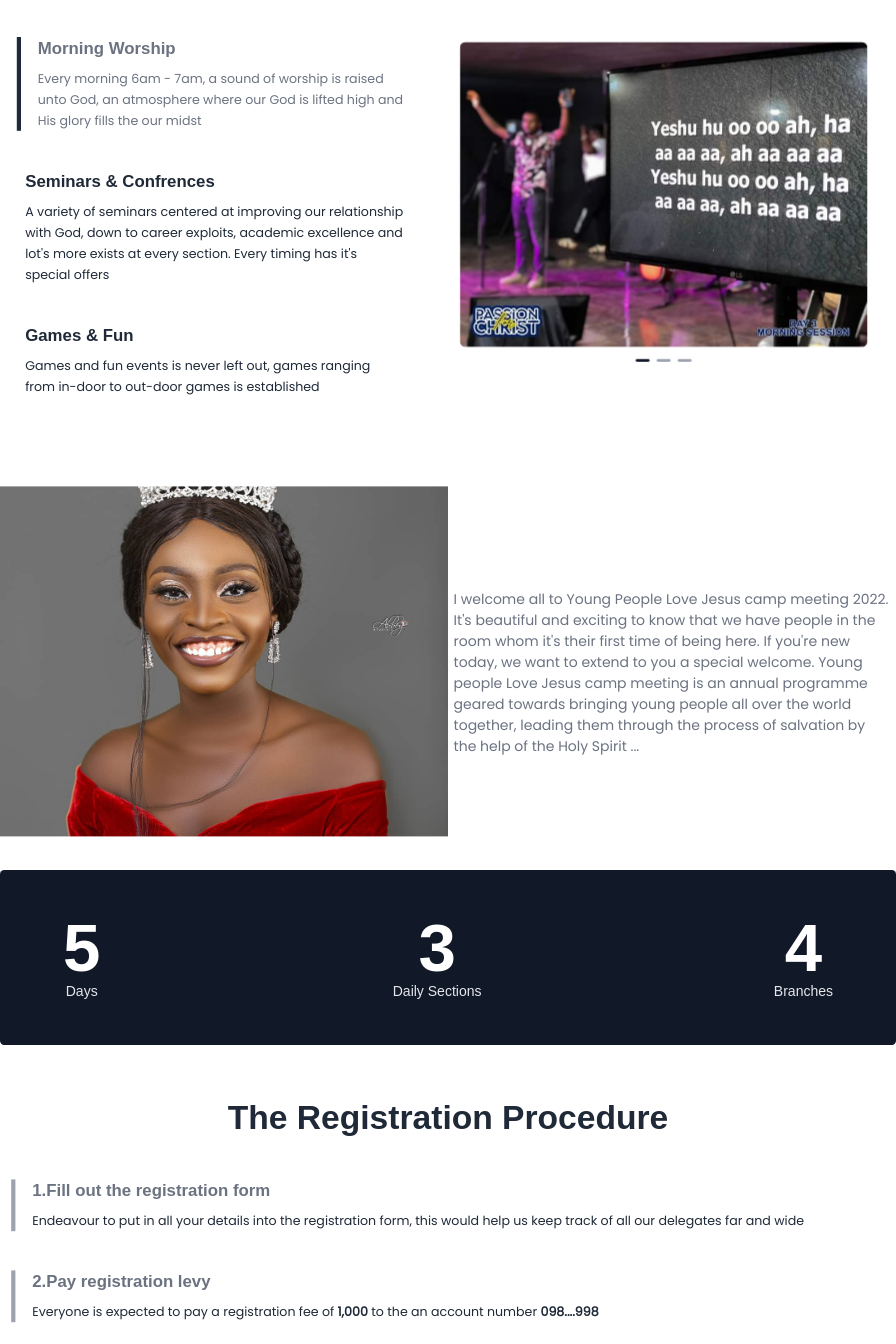
Repository: Ifenna-Pascal/user-camp-onboarding
Page: /
An editor plug-in stored every save of this project. The page is shown before and after the next save, followed by the edit.
The browser window is 1280 px wide. The pictures show the part of the page from y = 1447 to 3367 px (the page is 4228 px tall), at 70% of full size.
Some web fonts or font styles are not loaded; a fallback is used. The project was rebuilt for these pictures with package versions that can differ from the ones it lists, and the page was loaded fresh each time. The framework's server and built-in components were replaced by stand-ins that run in the browser. Also part of the build but not shown: next.config.js, styles/Home.module.css.

Above is the page before, as saved 2022-11-26 11:14:41.

### pages/_app.js
import Mainlayout from "../components/layout";
import "../styles/globals.css";
import "remixicon/fonts/remixicon.css";

function MyApp({ Component, pageProps }) {
  return (
    <Mainlayout>
      <Component {...pageProps} />
    </Mainlayout>
  );
}

export default MyApp;

### components/layout/index.jsx
import React from "react";
import Footer from "./Footer";
import Nav from "./Nav";

function Mainlayout({ children }) {
  return (
    <div className="relative">
      <Nav />
      <main>{children}</main>
      <Footer />
    </div>
  );
}

export default Mainlayout;

### styles/globals.css
@import url('https://fonts.googleapis.com/css2?family=Poppins&family=Sono:wght@400;500&display=swap');
@import url('https://fonts.googleapis.com/css2?family=Montserrat&family=Source+Sans+Pro&display=swap');

* {
  padding: 0;
  margin: 0;
  box-sizing: border-box;
  scroll-behavior: smooth;
}

html,
body {
  padding: 0;
  margin: 0;
  font-family: -apple-system, BlinkMacSystemFont, Segoe UI, Roboto, Oxygen,
    Ubuntu, Cantarell, Fira Sans, Droid Sans, Helvetica Neue, sans-serif;
}

a {
  color: inherit;
  text-decoration: none;
}

* {
  box-sizing: border-box;
}

@media (prefers-color-scheme: dark) {
  html {
    color-scheme: dark;
  }
  body {
    color: white;
    background: black;
  }
}

@tailwind base;
@tailwind components;
@tailwind utilities;

### components/layout/Footer.jsx
import React from "react";

function Footer() {
  return (
    <div className="bg-gray-900 w-full h-[70px]  flex items-center justify-center">
      <p className="text-center flex items-center text-white font-sono text-xl">
        {" "}
        <span className="text-4xl mr-2">&copy;</span> YPLJ Camp Meeting 2022{" "}
      </p>
    </div>
  );
}

export default Footer;

### components/layout/Nav.jsx
import Link from "next/link";
import { useRouter } from "next/router";
import React, { useState } from "react";
import Button from "../general/Button";
import NavLink from "../general/NavLink";

function Nav() {
  const [show, setShow] = useState(false);
  const router = useRouter();
  const toggle = () => {
    setShow(!show);
  };
  return (
    <div className="lg:sticky  top-0 w-full shadow-sm mb-4 z-50 px-6 lg:px-0 bg-white">
      <nav className="w-full lg:py-6 py-5 flex items-center  lg:max-w-[1450px] lg:mx-auto justify-between">
        <Link href="/">
          {" "}
          <h1 className="font-sono text-2xl lg:text-4xl ">YEMs</h1>
        </Link>
        <ul className="lg:flex items-center hidden justify-between">
          <NavLink href="/#home" name="About Us" />
          <NavLink href="/#process" name="Process" />
          <NavLink href="/#reviews" name="Reviews" />
          <Link href="/register">
            <Button text="Register" />
          </Link>
        </ul>
        <button
          className='block md:hidden className="w-full px-2 py-1 rounded-lg text-AP-grey-200 hover:text-AP-blue-200 border-AP-grey-200 hover:border-AP-blue-400'
          onClick={toggle}
        >
          <i
            className={`${
              !show ? "ri-menu-3-fill duration-500" : "ri-close-line"
            } text-2xl text-gray-800`}
          />
        </button>
      </nav>
      <div
        className={`flex lg:hidden ${
          show
            ? "flex duration-500  flex-col items-center space-y-8 pt-2 "
            : "hidden"
        }`}
      >
        <NavLink href="/#home" name="About Us" />
        <NavLink href="/#process" name="Process" />
        <NavLink href="/#reviews" name="Reviews" />
        {router.pathname !== "/register" && (
          <Link href="/register">
            <Button text="Register" onClick={() => setShow(false)} />
          </Link>
        )}
      </div>
    </div>
  );
}

export default Nav;

### components/sections/Hero.jsx
import Link from "next/link";
import React from "react";
import Button from "../general/Button";
import HeroRight from "../general/HeroRight";

function Hero() {
  return (
    <div
      id="home"
      className="lg:h-[90vh] min-h-screen  grid grid-cols-1 lg:grid-cols-2"
    >
      <div className="w-full flex py-6 lg:py-0  lg:-mt-8 lg:items-start items-center flex-col justify-center h-full">
        <h1 className="text-3xl lg:text-6xl text-gray-800 text-center lg:text-left leading-[50px] lg:leading-[75px] font-semibold font-sono">
          Raising Agents Of Transformation
        </h1>

        <p className="text-lg lg:max-w-[600px] text-gray-700 py-2 text-center lg:text-left leading-[35px] lg:leading-[30px] font-poppins px-4 lg:px-0 lg:pr-[50px]">
          In the last days, says the Lord, I will pour out my spirit upon all
          flesh, and your <b>sons and daughters</b> shall prophesy, your old men
          shall dream dreams, shall see visions. <strong>Joel 2:28</strong>
        </p>
        <div className="mt-4">
          <Link href={"/register"}>
            {" "}
            <Button text={"Join Us"} />
          </Link>
        </div>
      </div>
      <div className="lg:p-4 w-[97%]   h-full mx-auto lg:w-full">
        {" "}
        <HeroRight />{" "}
      </div>
    </div>
  );
}

export default Hero;

### components/sections/Numerics.jsx
import React from "react";
import CountUp from "react-countup";
function Numerics() {
  return (
    <div className="bg-gray-900 rounded-md px-3 lg:px-0 flex lg:flex-row flex-col justify-center my-12 min-h-[600px] lg:min-h-[250px] w-full">
      <div className="lg:max-w-[1100px] flex lg:flex-row flex-col lg:items-center w-full justify-between mx-auto">
        <Numeric figure={5} text="Days" />
        <Numeric figure={3} text="Daily Sections" />
        <Numeric figure={4} text="Branches" />
      </div>
    </div>
  );
}

export default Numerics;

const Numeric = ({ figure, text }) => (
  <div className="flex flex-col cursor-pointer mb-12 lg:mb-0 items-center">
    <h1 className="text-white hover:scale-[1.3] hover:mb-2 duration-500 font-sono font-semibold text-8xl">
      <CountUp
        end={figure}
        duration={2.75}
        useEasing
        enableScrollSpy
        scrollSpyDelay={1}
      />
    </h1>
    <p className="text-center font-sono text-xl text-gray-200">{text}</p>
  </div>
);

### components/sections/Reviews.jsx
import React from "react";
import Header from "../general/Header";
import ReviewCarousel from "../general/ReviewCarousel";

function Reviews() {
  return (
    <div className="mb-24" id="reviews">
      <Header
        header={"What The People Say..."}
        // content="Lorem ipsum dolor sit amet consectetur adipisicing elit. Culpa saepe iusto nisi! Nostrum tempore consequatur rerum! Cumque sequi tenetur ea! Impedit delectus facere est cupiditate, voluptatibus adipisci ipsum consectetur beatae."
      />
      <ReviewCarousel />
    </div>
  );
}

export default Reviews;

### components/sections/Speech.jsx
/* eslint-disable @next/next/no-img-element */
import React, { useState } from "react";

function Speech() {
  const [show, setShow] = useState(false);
  let p = `  I welcome all to Young People Love Jesus camp meeting 2022. It's
    beautiful and exciting to know that we have people in the room whom
    it's their first time of being here. If you're new today, we want to
    extend to you a special welcome. Young people Love Jesus camp meeting
    is an annual programme geared towards bringing young people all over
    the world together, leading them through the process of salvation by
    the help of the Holy Spirit (for those who haven't experienced this),
    passing them through teachings and training made to equip them for the
    days ahead, and helping them through Christ fulfill their purposes.
    The theme for this year - Agents of Transformation - has kept me
    bubbling with excitement and earnest expectation as to what this
    year's camp meeting holds for us and I can't wait to take hold of the
    prophesies and words from God for me and I hope it's same with you?
    The Lord is about to take us to a new level, are you ready for it?
    Like our Daddy, Apostle Uche S. Nick would say, With Jesus joy in my
    heart,I say once again, you're welcome!`;
  return (
    <div className="grid grid-cols-1 lg:grid-cols-2 pt-12 items-center justify-center ">
      <div className="w-full -mt-8  h-[500px]">
        <img
          src="/assets/miss.jpg"
          alt="campFlyer"
          className="w-full h-full object-center object-cover"
        />
      </div>
      <div>
        <p className="text-left block text-xl font-poppins  leading-[30px] text-gray-500 py-4 px-2">
          {p.substring(0, 464)} ...
        </p>
      </div>
    </div>
  );
}

export default Speech;

### components/sections/Steps.jsx
import React from "react";
import Header from "../general/Header";

const Payment = () => (
  <p>
    Everyone is expected to pay a registration fee of <strong>1,000</strong> to
    the an account number <strong>098....998</strong>
  </p>
);

function Steps() {
  return (
    <div className="flex items-start my-6 mx-4 flex-col">
      <Header header="The Registration Procedure " />
      <StepProcess
        header="1.Fill out the registration form"
        content="Endeavour to put in all your details into the registration form, this would help us keep track of all our delegates far and wide"
      />
      <StepProcess header="2.Pay registration levy" content=<Payment /> />
      <StepProcess
        header="3.Send out proof of payment"
        content={`Send proof of payment to the specified whatsApp contact `}
      />{" "}
    </div>
  );
}

export default Steps;

const StepProcess = ({ header, content }) => {
  return (
    <div
      className={`
        border-l-[6px] block pl-6
      mb-14 duration-500 border-gray-400 lg:pr-16`}
    >
      <h1
        className={`font-sono mb-3
          text-gray-500
        text-2xl block font-semibold`}
      >
        {header}
      </h1>
      <p
        className={`block text-lg font-poppins  leading-[30px]
           text-gray-800
        `}
      >
        {content}
      </p>
    </div>
  );
};

### components/general/Button.jsx
import React from "react";

function Button({ text, ...rest }) {
  return (
    <button
      className="bg-gray-800 px-12 py-3 hover:bg-white hover:text-black hover:border hover:border-black duration-500 hover:ease-in-out text-white font-sono text-xl"
      {...rest}
    >
      {text}
    </button>
  );
}

export default Button;

### components/general/NavLink.jsx
import Link from "next/link";
import React from "react";

function NavLink({ href, name }) {
  return (
    <Link href={href}>
      <span className="text-black px-4 text-xl font-sono mr-6 font-500">
        {name}
      </span>
    </Link>
  );
}

export default NavLink;

### components/general/HeroRight.jsx
/* eslint-disable @next/next/no-img-element */
import React from "react";

function HeroRight() {
  return (
    <div className="grid grid-cols-3 lg:px-8   mt-8 lg:my-0 pr-0  max-h-[700px] w-full gap-2 grid-rows-6">
      <div class="w-full row-start-1 row-span-3">
        <img
          src="/assets/camping20.jpg"
          alt="Photo by Claudio Schwarz on Unsplash"
          class="inset-0 h-full w-full object-cover object-center  rounded-lg  "
        />
      </div>
      <div class="w-full row-start-4  col-span-1 col-start-1 row-end-6">
        <img
          src="/assets/camp5.jpg"
          alt="Photo by Claudio Schwarz on Unsplash"
          class="inset-0 h-full w-full object-cover object-center  rounded-lg  "
        />
      </div>
      {/* <div className="grid  gap-y-4 h-full w-full h-full row-span-5  col-span-1"> */}
      <div className="row-start-1  w-full row-span-1 col-start-2 col-span-1">
        {/* <ImageBox color="bg-red-400" /> */}
        <img
          src="/assets/camp6.jpg"
          alt="Photo by Claudio Schwarz on Unsplash"
          class="inset-0 h-full w-full object-cover object-center  rounded-lg  "
        />
      </div>
      <div className="row-start-2 row-span-3  w-full col-start-2 col-span-1">
        <img
          src="/assets/camp13.jpg"
          alt="Photo by Claudio Schwarz on Unsplash"
          class="inset-0 h-full w-full object-cover object-center  rounded-lg  "
        />
      </div>
      <div className="row-start-5  w-full  row-span-1 col-start-2 col-span-1">
        <img
          src="/assets/camp3.jpg"
          alt="Photo by Claudio Schwarz on Unsplash"
          class="inset-0 h-full w-full object-cover object-center  rounded-lg  "
        />
      </div>
      <div className="col-start-3  row-span-2">
        <img
          src={"/assets/camp11.jpg"}
          alt="Photo by Claudio Schwarz on Unsplash"
          class="inset-0 h-full w-full object-cover object-center bg-center  rounded-lg  "
        />
      </div>
      <div className="col-start-3  row-start-3 row-span-3">
        <img
          src={"/assets/camp10.jpg"}
          alt="Photo by Claudio Schwarz on Unsplash"
          class="inset-0 h-full w-full object-cover object-center bg-center  rounded-lg  "
        />
      </div>
    </div>
  );
}

export default HeroRight;

const ImageBox = ({ color }) => {
  return (
    <div className={`w-full h-full bg-red  rounded-lg-lg ${color}`}>
      <img
        src="https://images.unsplash.com/photo-1539183204366-63a0589187ab?ixlib=rb-4.0.3&ixid=MnwxMjA3fDB8MHxzZWFyY2h8MTh8fGNhbXBpbmd8ZW58MHx8MHx8&auto=format&fit=crop&w=600&q=60"
        alt="image"
        className=" rounded-lg-lg"
      />
    </div>
  );
};

### components/general/Carousel.jsx
/* eslint-disable jsx-a11y/alt-text */
/* eslint-disable @next/next/no-img-element */
import Slider from "react-slick";
import "slick-carousel/slick/slick.css";
import "slick-carousel/slick/slick-theme.css";
import useSetting from "../hooks/useSetting";

const Carousel = ({ setCurrent, current }) => {
  const { settings } = useSetting(current, setCurrent);
  const images = ["/assets/camp7.jpg", "/assets/camp4.jpg", "/assets/camp.jpg"];
  return (
    <div>
      <Slider {...settings}>
        {images.map((image, i) => (
          <div key={i} className={` h-full w-full`}>
            <img
              src={image}
              className={`object-cover  object-center rounded-lg w-full  h-[50%] `}
            />
          </div>
        ))}
      </Slider>
    </div>
  );
};

export default Carousel;

### components/general/Header.jsx
import React from "react";

function Header({ header, content }) {
  return (
    <div className="flex flex-col px-2 lg:px-0 lg:max-w-[1000px] mx-auto items-center justify-center py-6 lg:py-8">
      <h1 className="text-gray-800 text-center lg:text-left text-2xl lg:text-5xl font-semibold font-sono block ">
        {header}
      </h1>
      <p className="block text-base  lg:text-lg text-center font-poppins text-gray-800 leading-[30px] py-2 lg:py-4">
        {content}
      </p>
    </div>
  );
}

export default Header;

### components/general/ReviewCarousel.jsx
/* eslint-disable jsx-a11y/alt-text */
/* eslint-disable @next/next/no-img-element */
import Slider from "react-slick";
import "slick-carousel/slick/slick.css";
import "slick-carousel/slick/slick-theme.css";
import { useState } from "react";
// import useDeviceSize from "../hooks/mediaHook";
import ReviewCard from "./ReviewCard";

const ReviewCarousel = () => {
  //   const [width] = useDeviceSize();
  const [current, setCurrent] = useState(false);
  const settings = {
    className: "center",
    autoplay: true,
    infinite: true,
    slidesToShow: 2,
    arrows: false,
    slideToScrool: 2,
    lazyLoad: true,
    focusOnSelect: true,
    draggable: true,
    dots: true,
    autoplaySpeed: 5000,
    speed: 2000,
    afterChange: (current) => setCurrent(current),
    customPaging: (i) => (
      <div
        className={`w-[25px]  mt-8 h-[4px] rounded-[10px] ${
          current === i ? "bg-black" : "bg-gray-300"
        }`}
      ></div>
    ),
    responsive: [
      {
        breakpoint: 450,
        settings: {
          autoplay: true,
          centerMode: false,
          //   vertical: true,
          infinite: true,
          //   centerPadding: "60px",
          slidesToShow: 1,
          slideToScroll: 1,
          arrows: false,
          draggable: true,
          dots: true,
          autoplaySped: 1000,
          speed: 500,
          beforeChange: (current) => setCurrent(current),
          customPaging: (i) => (
            <div
              className={`w-[20px]  mt-4 h-[4px] rounded-[10px] ${
                current === i ? "bg-gray-900" : "bg-gray-400"
              }`}
            ></div>
          ),
        },
      },
    ],
  };

  return (
    <div className="max-w-[1100px] mx-auto">
      <Slider {...settings}>
        <ReviewCard
          name="PSt Godswill"
          role="Enugu Branch"
          src={
            "https://images.unsplash.com/photo-1506794778202-cad84cf45f1d?ixlib=rb-4.0.3&ixid=MnwxMjA3fDB8MHxzZWFyY2h8M3x8bWVufGVufDB8fDB8fA%3D%3D&auto=format&fit=crop&w=600&q=60"
          }
        />
        <ReviewCard
          name={"Chidera Ede"}
          role="Lagos Branch"
          src="https://images.unsplash.com/photo-1595152452543-e5fc28ebc2b8?ixlib=rb-4.0.3&ixid=MnwxMjA3fDB8MHxzZWFyY2h8Mnx8bWVuJTIwcG9ydHJhaXR8ZW58MHx8MHx8&auto=format&fit=crop&w=600&q=60"
        />
        <ReviewCard
          name="PSt Godswill"
          role="Enugu Branch"
          src="https://images.unsplash.com/photo-1560250097-0b93528c311a?ixlib=rb-4.0.3&ixid=MnwxMjA3fDB8MHxwaG90by1wYWdlfHx8fGVufDB8fHx8&auto=format&fit=crop&w=387&q=80"
        />
        <ReviewCard
          name={"Chidera Ede"}
          role="Lagos Branch"
          src={
            "https://images.unsplash.com/photo-1624395213043-fa2e123b2656?ixlib=rb-4.0.3&ixid=MnwxMjA3fDB8MHxzZWFyY2h8OXx8bWVuJTIwcG9ydHJhaXR8ZW58MHx8MHx8&auto=format&fit=crop&w=600&q=60"
          }
        />
      </Slider>
    </div>
  );
};

export default ReviewCarousel;

### components/hooks/useSetting.jsx
import React from "react";

function useSetting(current, setCurrent) {
  const settings = {
    className: "center",
    autoplay: true,
    // centerMode: true,
    infinite: true,
    // centerPadding: "60px",
    slidesToShow: 1,
    arrows: false,
    slideToScrool: 1,
    lazyLoad: true,
    vertical: true,
    focusOnSelect: true,
    draggable: true,
    dots: true,
    autoplaySpeed: 5000,
    speed: 2000,
    beforeChange: (current) => setCurrent(current),
    customPaging: (i) => (
      <div
        className={`w-[20px]  mt-4 h-[4px] rounded-[10px] ${
          current === i ? "bg-gray-900" : "bg-gray-400"
        }`}
      ></div>
    ),
    responsive: [
      {
        breakpoint: 450,
        settings: {
          autoplay: true,
          centerMode: false,
          vertical: true,
          infinite: true,
          slidesToShow: 1,
          slideToScroll: 1,
          arrows: false,
          draggable: true,
          dots: true,
          autoplaySpeed: 5000,
          speed: 2000,
          beforeChange: (current) => setCurrent(current),
          customPaging: (i) => (
            <div
              className={`w-[20px]  mt-4 h-[4px] rounded-[10px] ${
                current === i ? "bg-gray-900" : "bg-gray-400"
              }`}
            ></div>
          ),
        },
      },
    ],
  };
  return { settings };
}

export default useSetting;

### components/general/ReviewCard.jsx
/* eslint-disable jsx-a11y/alt-text */
/* eslint-disable @next/next/no-img-element */
import React from "react";

function ReviewCard({ name, role, src }) {
  return (
    <div className="min-w-[300px] relative  mx-4 min-h-[300px] flex shadow-md">
      <div className="flex absolute top-2 left-2 py-2">
        <i className="ri-single-quotes-r text-5xl text-gray-300 font-semibold"></i>
        <i className="ri-single-quotes-r text-5xl -ml-5  text-gray-300 font-semibold"></i>
      </div>
      <div className="flex flex-col relative pt-16 pb-6 px-5">
        <p className="py-4 font-poppins text-basev text-gray-600">
          Lorem ipsum dolor sit amet, consectetur adipisicing elit. Rem
          laudantium perferendis voluptas ipsa ea corrupti iure nulla repellat
          soluta praesentium quae pariatur quaerat a eligendi, illo dicta!
          Veniam quas iusto ex laudantium error aut, quisquam beatae, doloribus,
          ipsa odit ducimus.
        </p>
        <div className="flex flex-col w-full">
          <div className="w-[60px] mt-3 h-[60px]">
            <img
              className="w-full rounded-[50%] object-center object-cover bg-center bg-cover h-full"
              src={src}
            />
          </div>
          <h1 className="font-sono pt-2 text-lg font-semibold">{name}</h1>
          <p className="text-base font-sono text-gray-600">{role}</p>
        </div>
      </div>
    </div>
  );
}

export default ReviewCard;

Loaded but not shown: pages/index.js (28 lines, source omitted); tailwind.config.js (18 lines, source omitted); components/sections/HowItWorks.jsx (123 lines, source omitted); components/sections/CountDown.jsx (94 lines, source omitted)

After the next save:
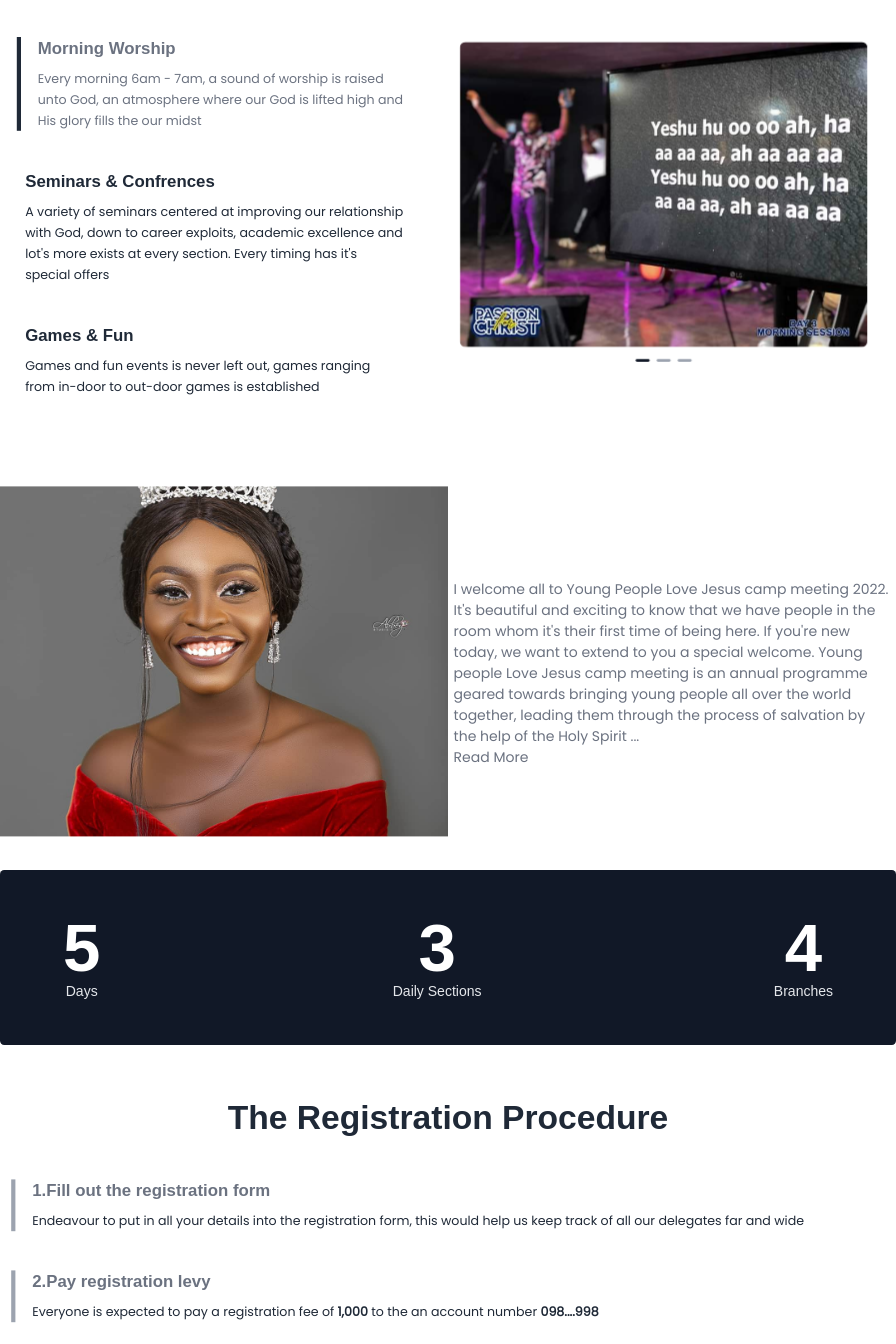
Saved 11 s later.
--- a/components/sections/Speech.jsx
+++ b/components/sections/Speech.jsx
@@ -30,7 +30,7 @@ function Speech() {
       </div>
       <div>
         <p className="text-left block text-xl font-poppins  leading-[30px] text-gray-500 py-4 px-2">
-          {p.substring(0, 464)} ...
+          {p.substring(0, 464)} ... <p>Read More</p>
         </p>
       </div>
     </div>
